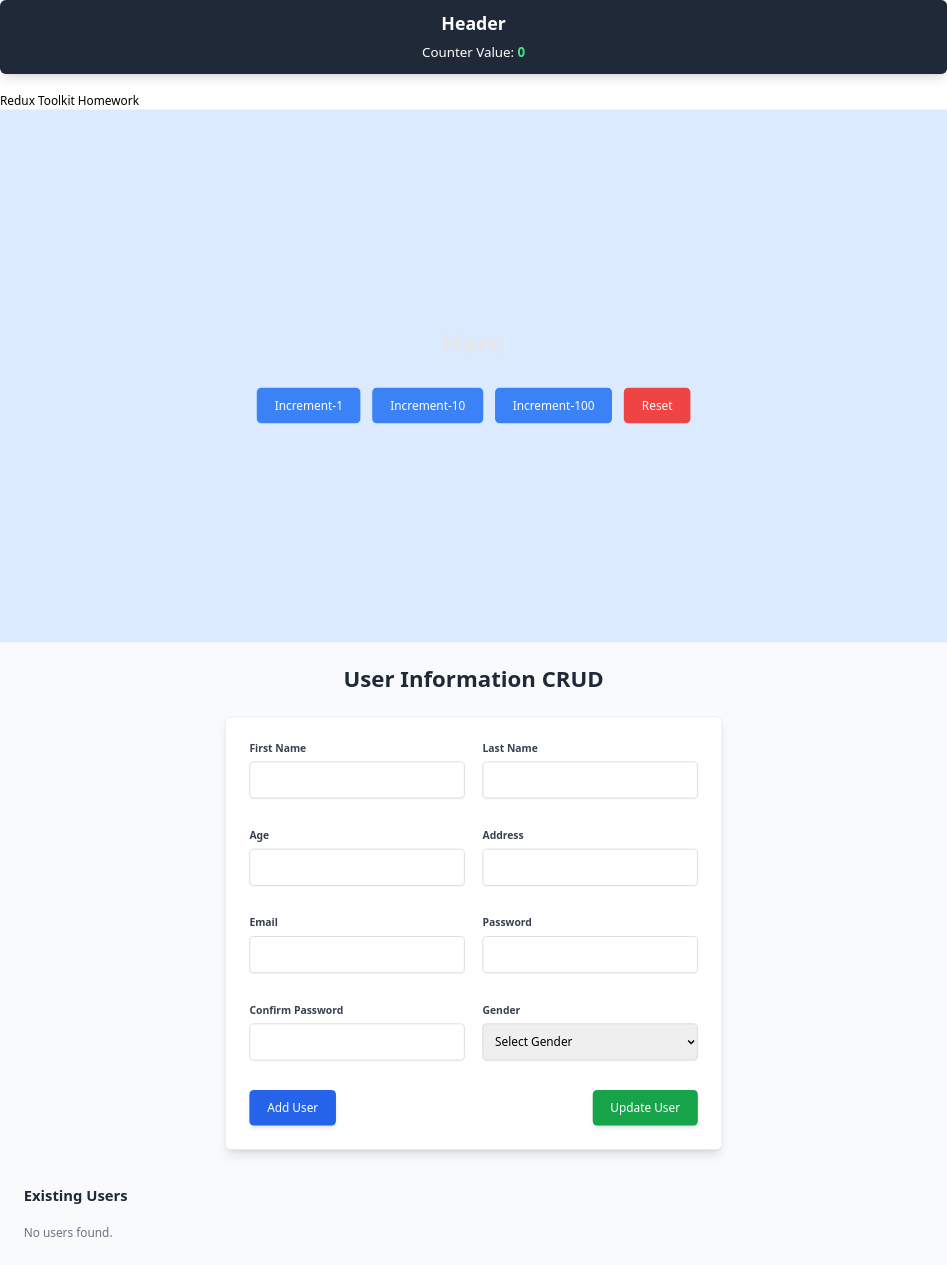
Repository: SitoraRashidova/userCrudFront
Page: /
These files come from the project's save history. The page is drawn as it stood at one moment and after the next save; the edit follows.
The browser window is 1280 px wide. The pictures show the whole page, at 74% of full size.
The project was rebuilt for these pictures with package versions that can differ from the ones it lists, and the page was loaded fresh each time. Also part of the build but not shown: vite.config.js.

Above is the page before, as saved 2024-12-10 00:35:55.

After the next save:
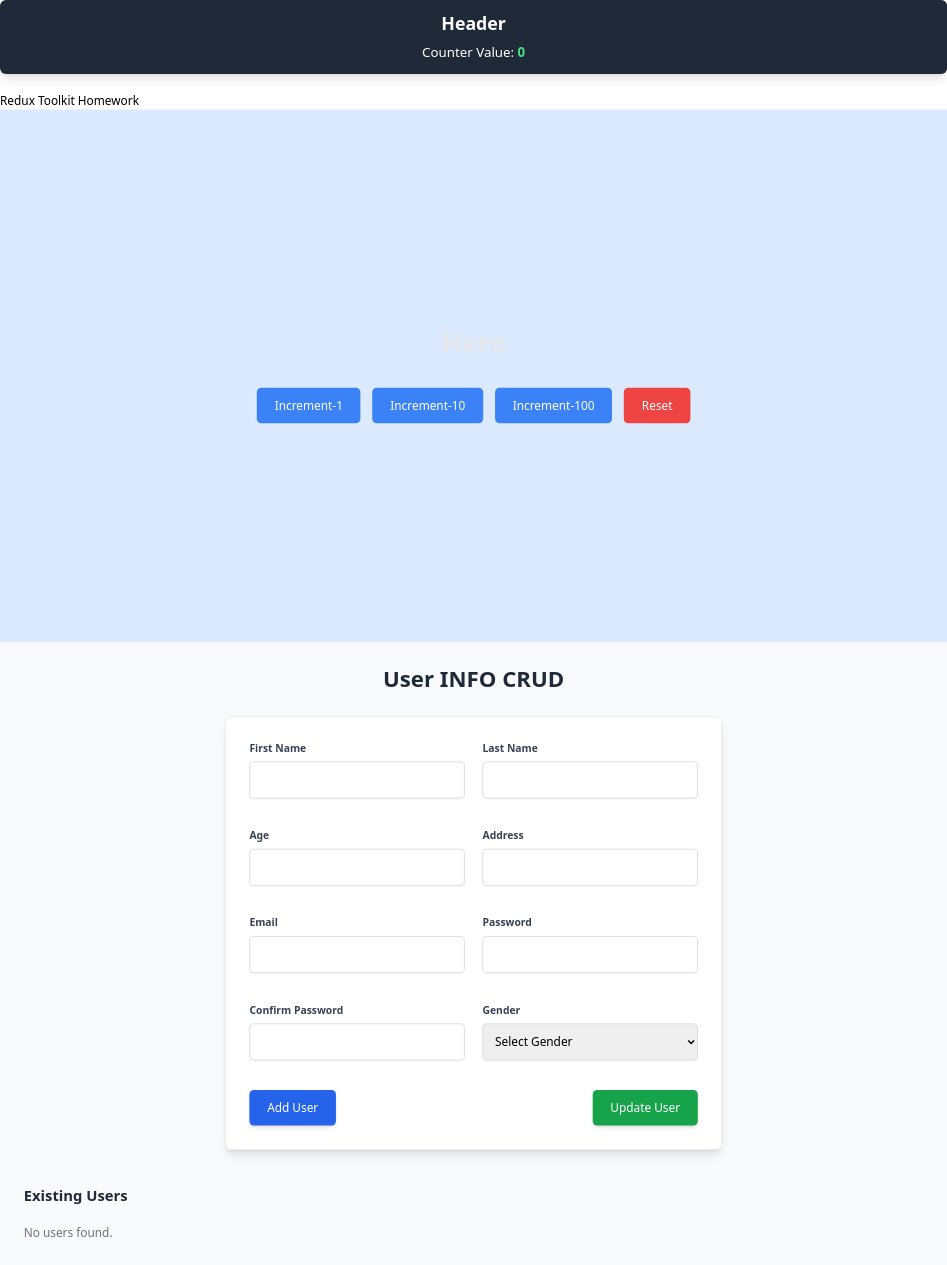
Saved 11 s later.
--- a/src/components/User.jsx
+++ b/src/components/User.jsx
@@ -40,7 +40,7 @@
   return (
     <div className="container mx-auto p-8 bg-gray-50 min-h-screen">
       <h1 className="text-3xl font-extrabold text-center text-gray-800 mb-8">
-        User Information CRUD
+        User INFO CRUD
       </h1>
 
       {/* Form Section */}
